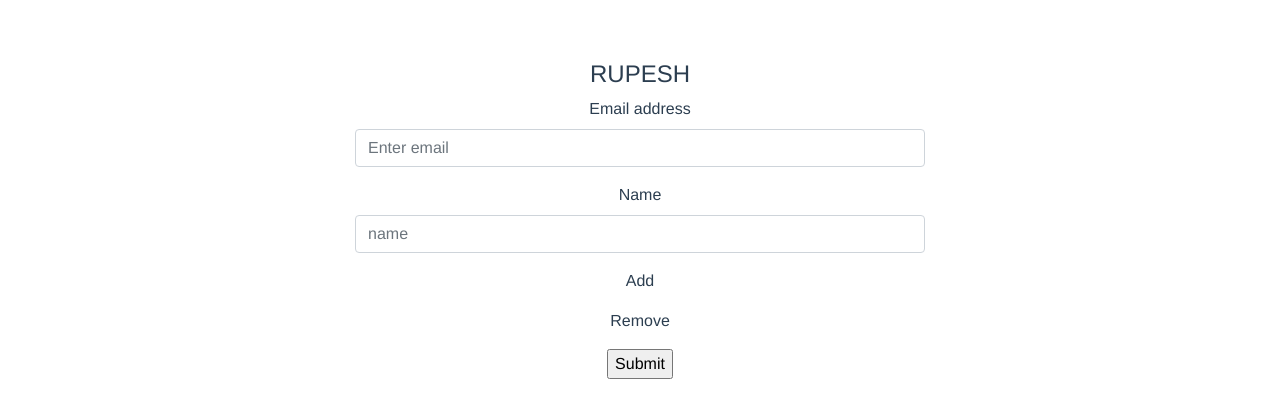
Repository: rupeshpawar93/vue-profile
Page: /company-form
These files come from the project's save history. The page is drawn as it stood at one moment and after the next save; the edit follows.
The browser window is 1280 px wide. The pictures show the whole page.
The project was rebuilt for these pictures with package versions that can differ from the ones it lists, and the page was loaded fresh each time. Also part of the build but not shown: webpack.config.js.

Above is the page before, as saved 2019-11-06 15:23:57.

After the next save:
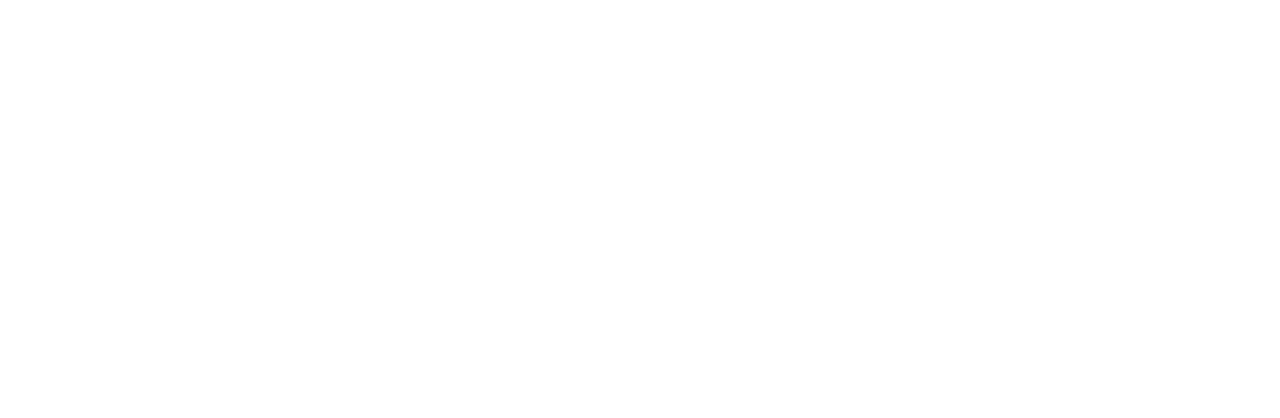
Console error: ReferenceError: item is not defined
Saved 2 min 34 s later.
--- a/src/reuse/Input.vue
+++ b/src/reuse/Input.vue
@@ -9,7 +9,7 @@
 export default {
     name:'Input',
     props:{
-        item:Object
+        item
     }
 }
 </script>

After the save that followed:
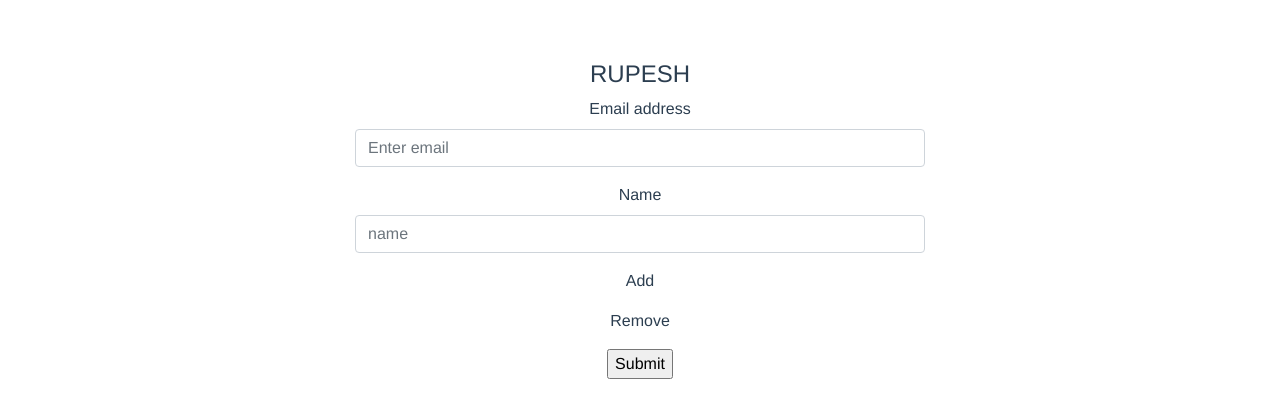
The error is gone.
Saved 18 s later.
--- a/src/reuse/Input.vue
+++ b/src/reuse/Input.vue
@@ -9,7 +9,7 @@
 export default {
     name:'Input',
     props:{
-        item
+        item:Array
     }
 }
 </script>
